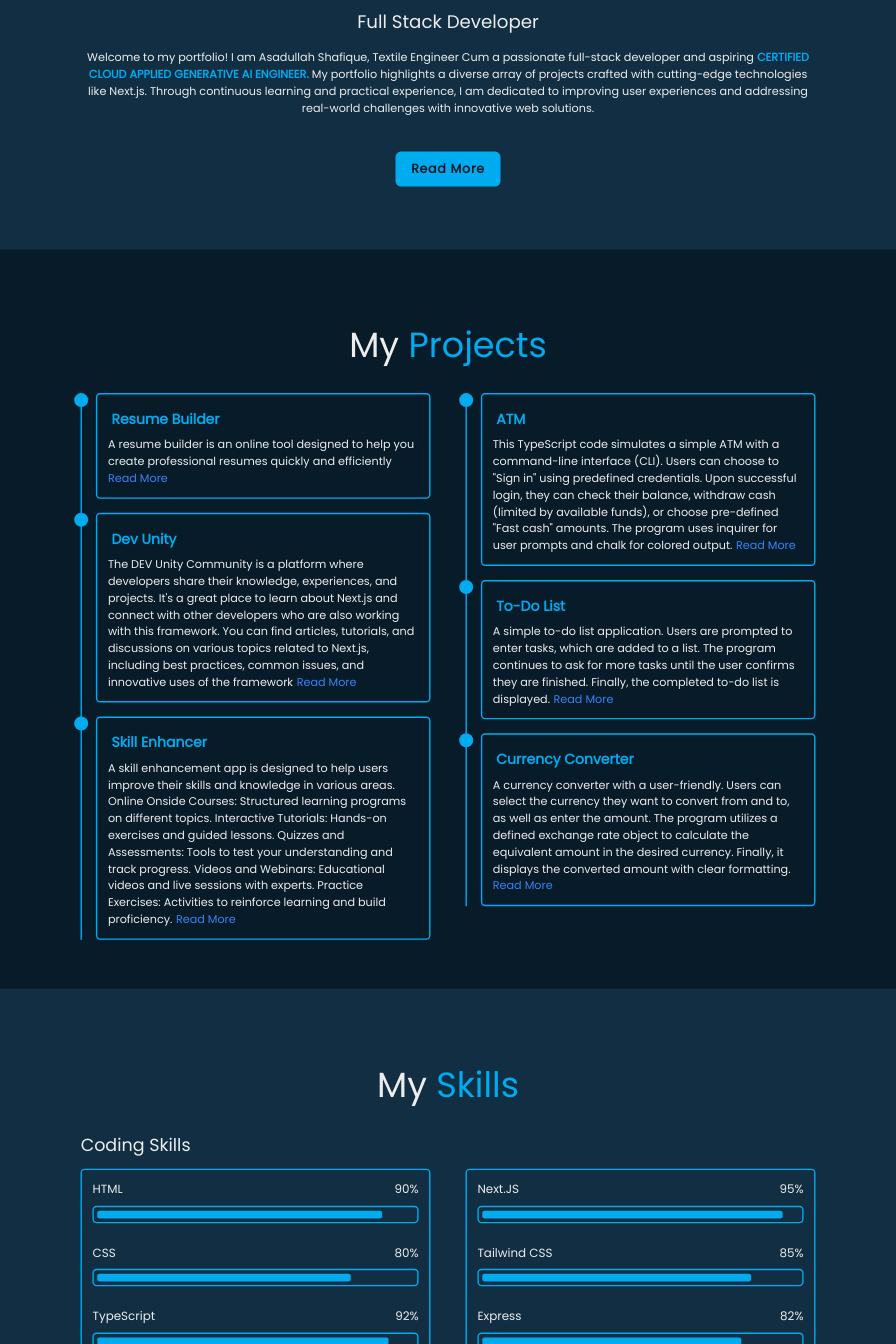
Repository: asadullah48/nextjs_projects_portfolio
Page: /
The author's editor kept a copy of each file at every save. The page is drawn from the files as they stood at one save, then again after the next save.
The browser window is 1280 px wide. The pictures show the part of the page from y = 1302 to 3222 px (the page is 4306 px tall), at 70% of full size.
The project was rebuilt for these pictures with package versions that can differ from the ones it lists, and the page was loaded fresh each time. The framework's server and built-in components were replaced by stand-ins that run in the browser. Also part of the build but not shown: next.config.ts.

Above is the page before, as saved 2024-11-13 14:52:41.

After the next save:
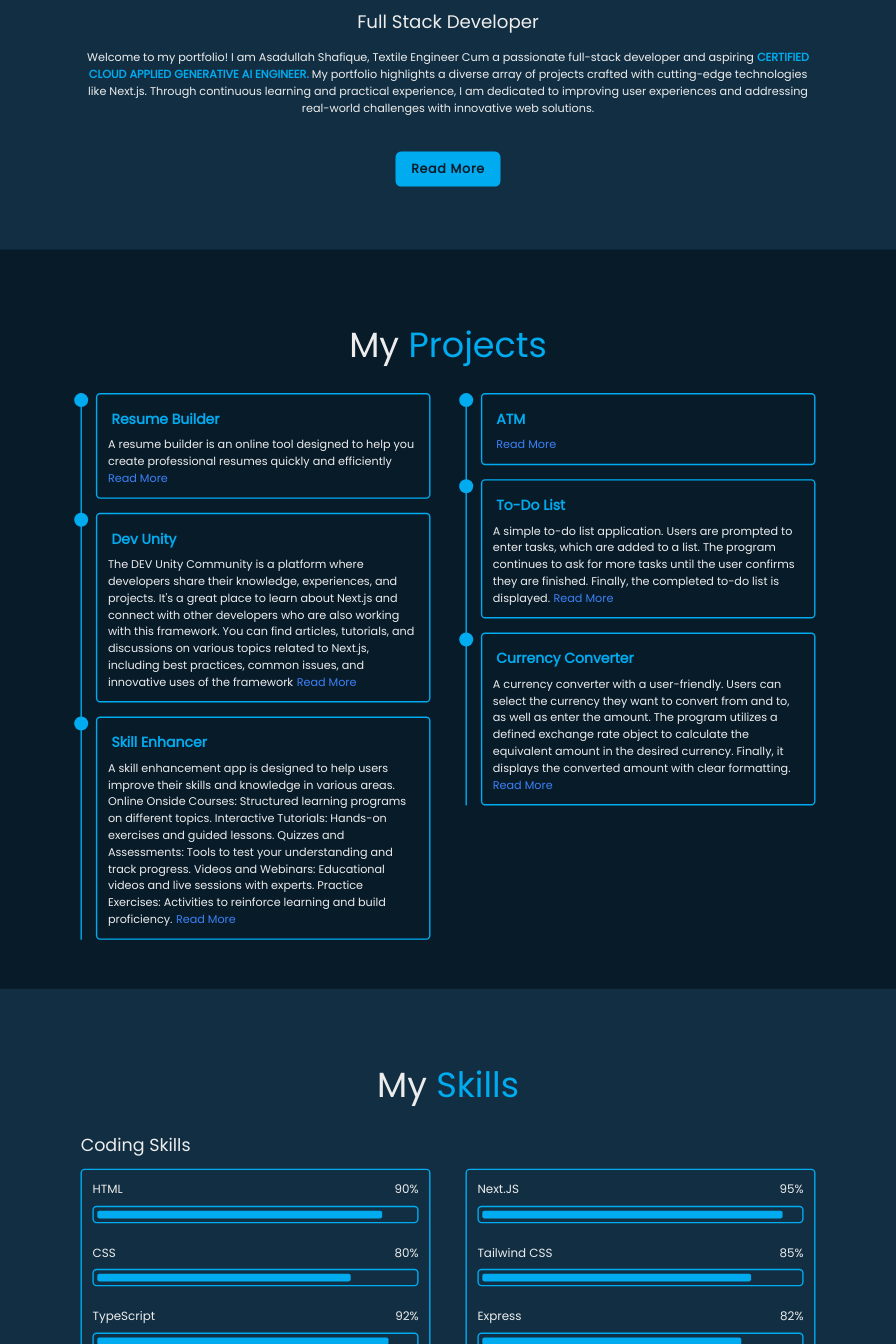
Saved 2 min 15 s later.
--- a/src/app/page.tsx
+++ b/src/app/page.tsx
@@ -308,8 +308,7 @@
                     <h3>ATM</h3>
                   </div>
                   <p>
-                  This TypeScript code simulates a simple ATM with a command-line interface (CLI).
-                  Users can choose to "Sign in" using predefined credentials. Upon successful login, they can check their balance, withdraw cash (limited by available funds), or choose pre-defined "Fast cash" amounts. The program uses inquirer for user prompts and chalk for colored output.
+
                     <Link
                       href="https://09-calculator-app.vercel.app/"
                       className="text-blue-500

After the save that followed:
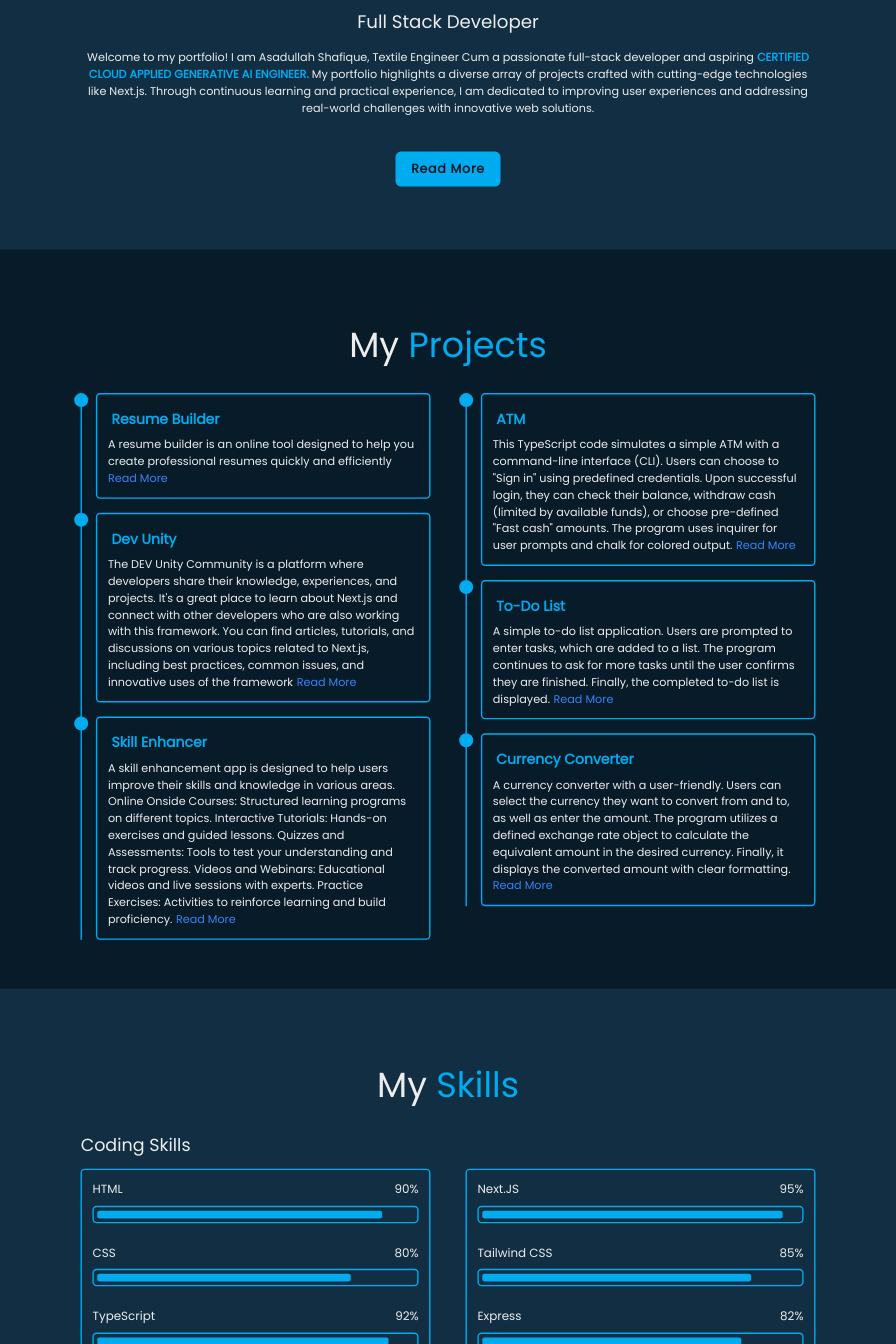
Saved 49 s later.
--- a/src/app/page.tsx
+++ b/src/app/page.tsx
@@ -308,7 +308,8 @@
                     <h3>ATM</h3>
                   </div>
                   <p>
-
+                  This TypeScript code simulates a simple ATM with a command-line interface (CLI).
+                  Users can choose to "Sign in" using predefined credentials. Upon successful login, they can check their balance, withdraw cash (limited by available funds), or choose pre-defined "Fast cash" amounts. The program uses inquirer for user prompts and chalk for colored output.
                     <Link
                       href="https://09-calculator-app.vercel.app/"
                       className="text-blue-500
